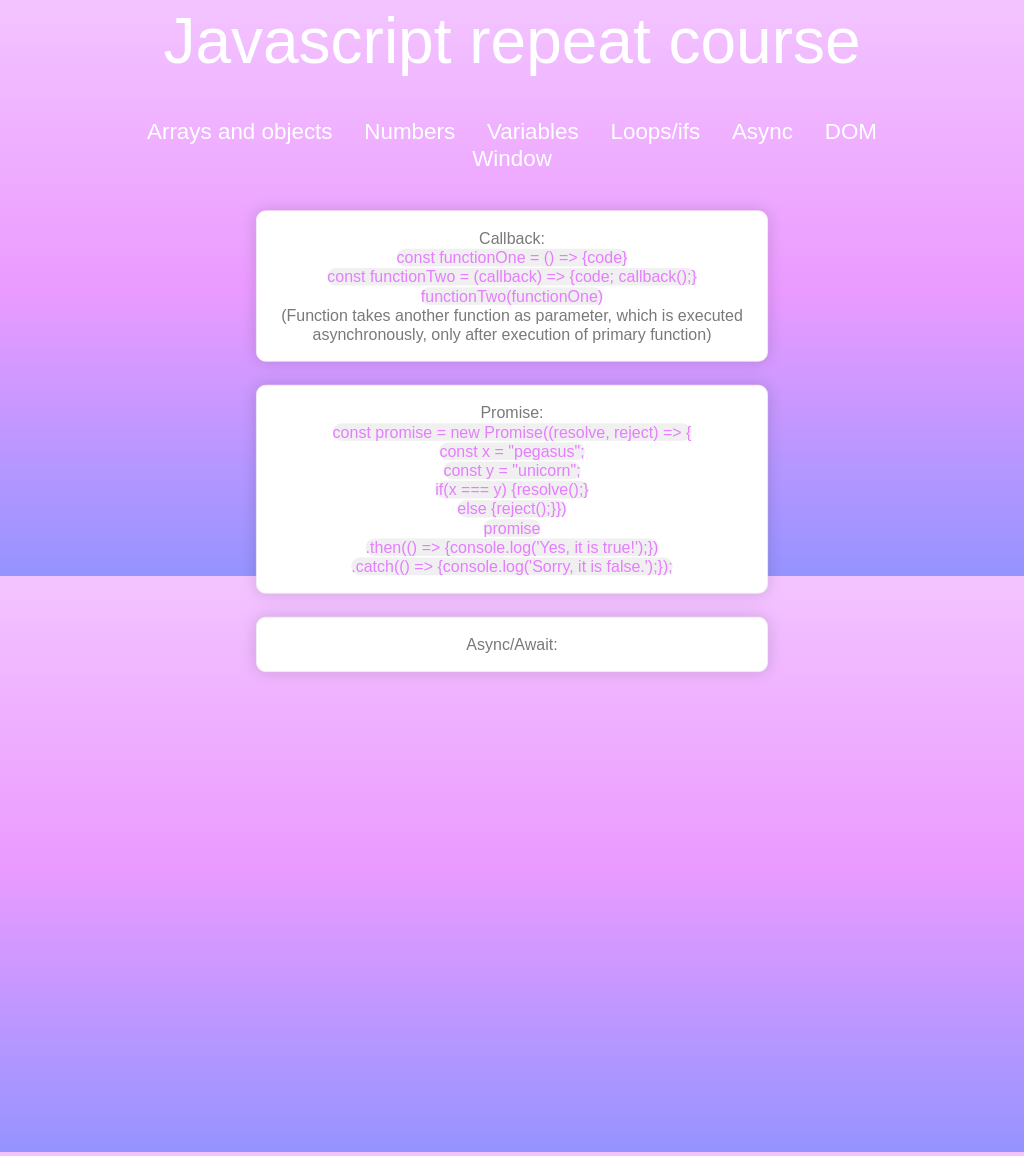
Repository: michalgornicki/javascript
Page: /#/Async
The author's editor kept a copy of each file at every save. The page is drawn from the files as they stood at one save, then again after a run of saves.
The browser window is 1280 px wide. The pictures show the whole page, at 80% of full size.
Backgrounds fixed to the window are drawn as part of the page. The project was rebuilt for these pictures with package versions that can differ from the ones it lists, and the page was loaded fresh each time. Also part of the build but not shown: src/index.css, src/components/arrays.jsx, src/components/variables.jsx, src/components/numbers.jsx, src/components/loops.jsx, src/components/DOM manipulation.jsx, src/components/window.jsx.

Above is the page before, as saved 2022-02-04 12:51:14.

### src/App.jsx
import React from "react";
import "./App.css";
import "bootstrap/dist/css/bootstrap.min.css";
import { Route, HashRouter as Router, Routes, Link } from "react-router-dom";
import Arrays from "./components/arrays.jsx"
import Variables from "./components/variables.jsx"
import Numbers from "./components/numbers.jsx"
import Loops from "./components/loops.jsx"
import Async from "./components/async.jsx"
import DOM from "./components/DOM manipulation.jsx"
import Window from "./components/window.jsx"

function App() {


  return (


    <Router>
    <div className="text-center">
      <div className="display-1 mt-1 mb-5 text-white">Javascript repeat course</div>

      <div className="h3 d-flex w-75 m-auto my-5 justify-content-evenly flex-wrap text-white">

      <Link className="link-style mx-3" to="/">Arrays and objects</Link>
      <Link className="link-style mx-3" to="/Numbers">Numbers</Link>
      <Link className="link-style mx-3" to="/Variables">Variables</Link>
      <Link className="link-style mx-3" to="/Loops">Loops/ifs</Link>
      <Link className="link-style mx-3" to="/Async">Async</Link>
      <Link className="link-style mx-3" to="/DOM">DOM</Link>
      <Link className="link-style mx-3" to="/Window">Window</Link>


      </div>

      <Routes>
          <Route path="/" element={<Arrays />} />
          <Route path="/Numbers" element={<Numbers />} />
          <Route path="/Variables" element={<Variables />} />
          <Route path="/Loops" element={<Loops />} />
          <Route path="/Async" element={<Async />} />
          <Route path="/DOM" element={<DOM />} />
          <Route path="/Window" element={<Window />} />
        </Routes>


    </div>
    </Router>
  );
}

export default App;

### src/App.css
body{
    font-family: Arial, Helvetica, sans-serif!important;
    overflow-x: hidden;
    padding-bottom: 80vh;
    height: auto;
    background: linear-gradient(rgb(243, 196, 255), rgb(235, 155, 255), rgb(149, 147, 255));
    background-attachment: fixed;
}

.js-item{
    color:rgb(121, 121, 121);
    background-color: white;
    transition: 0.2s;
    padding: 3vh;
    margin-bottom: 4vh!important;
    border: 1px solid rgb(240, 240, 240);
    width: 50%;
    margin-left: auto;
    margin-right: auto;
    box-shadow: 0px 0px 20px rgba(0, 0, 0, 0.15);
    border-radius: 0.75rem;
}

.js-item:hover{
    cursor: pointer;
    background-color: rgb(240, 240, 240);
}

.text-pink{
    color:rgb(229, 125, 255)!important;
    background-color: rgb(240, 240, 240);

    border-radius: 1rem;
}

.link-style{
    color: inherit;
    text-decoration: inherit;
}

.link-style:hover{
    color: rgb(229, 125, 255);
}

@media only screen and (max-device-width: 600px), (max-width: 600px) {

    .js-item{
        width: 95%;
    }

}

### src/components/async.jsx
const Async = () => {
  const functionOne = () => {
    console.log("aaa");
  };
  const functionTwo = (callback) => {
    console.log("bbb");
    callback();
  };
  functionTwo(functionOne);

  return (
    <div className="">
      <div className="js-item h5">
        {" "}
        <span className="">Callback: </span> <br />
        <span className="text-pink">{`const functionOne = () => {code}`}</span> <br />
        <span className="text-pink">{`const functionTwo = (callback) => {code; callback();}`}</span> <br />
        <span className="text-pink">{`functionTwo(functionOne)`}</span> <br /> (Function takes another function as parameter, which is executed asynchronously, only after execution of primary function)
      </div>
      <div className="js-item h5">
        {" "}
        <span className="">Promise: </span> <br />
        <span className="text-pink">{`const promise = new Promise((resolve, reject) => {`}</span> <br />
        <span className="text-pink">{`const x = "pegasus";`}</span> <br />
        <span className="text-pink">{`const y = "unicorn";`}</span> <br />
        <span className="text-pink">{` if(x === y) {resolve();}`}</span> <br />
        <span className="text-pink">{` else {reject();}})`}</span> <br />
        <span className="text-pink">{`promise`}</span> <br />
        <span className="text-pink">{`.then(() => {console.log('Yes, it is true!');})`}</span> <br />
        <span className="text-pink">{`.catch(() => {console.log('Sorry, it is false.');});`}</span> <br />
      </div>
      <div className="js-item h5">
        {" "}
        <span className="">Async/Await: </span> <br />

      </div>
    </div>
  );
};

export default Async;

Loaded but not shown: public/index.html (common file); src/index.js (common file); src/reportWebVitals.js (common file)

After the next 3 saves:
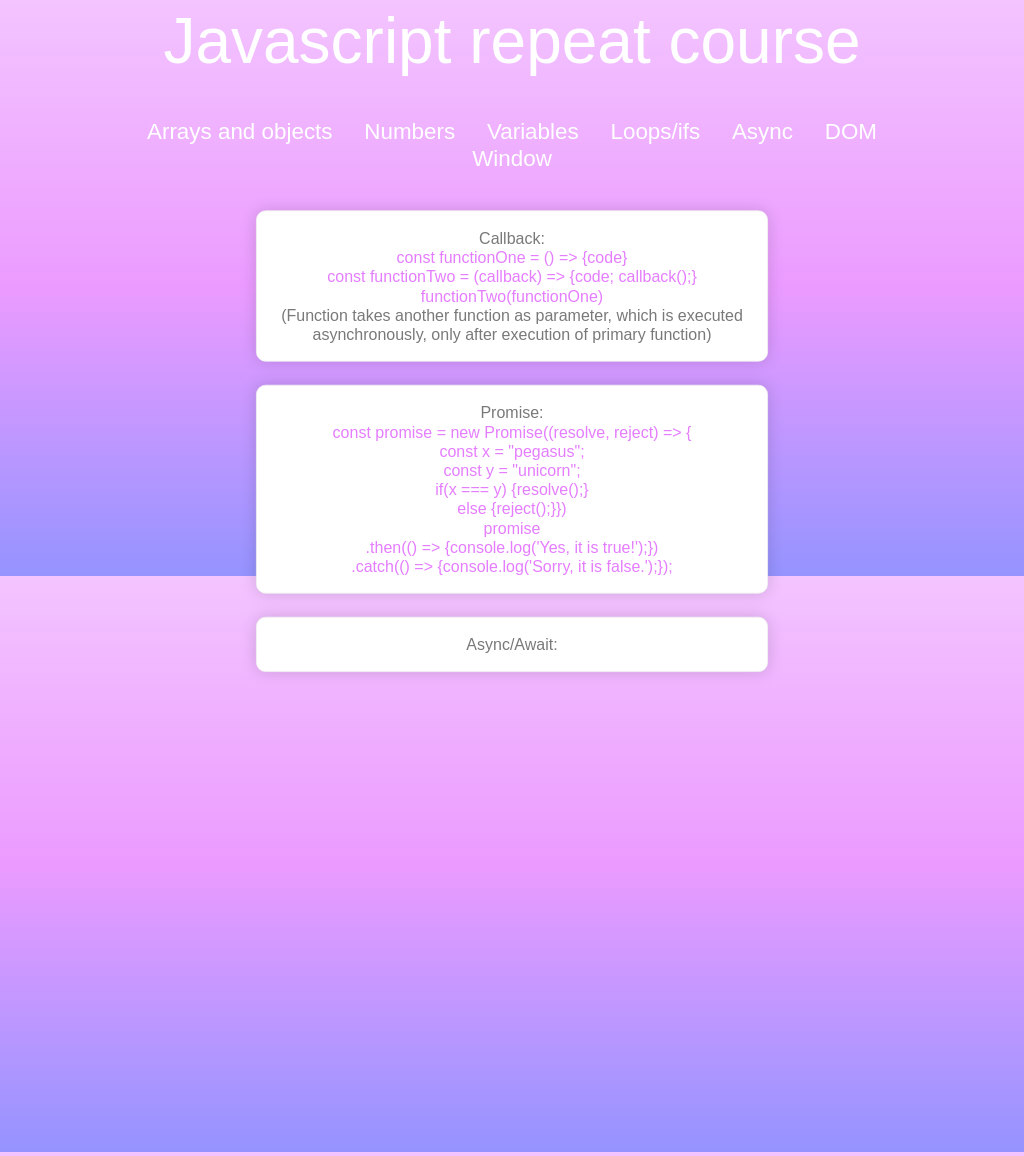
The 3 saves are shown as one change because they came seconds apart.
The last was saved 8 s later.
--- a/src/App.css
+++ b/src/App.css
@@ -28,9 +28,6 @@ body{
 
 .text-pink{
     color:rgb(229, 125, 255)!important;
-    background-color: rgb(240, 240, 240);
-
-    border-radius: 1rem;
 }
 
 .link-style{
